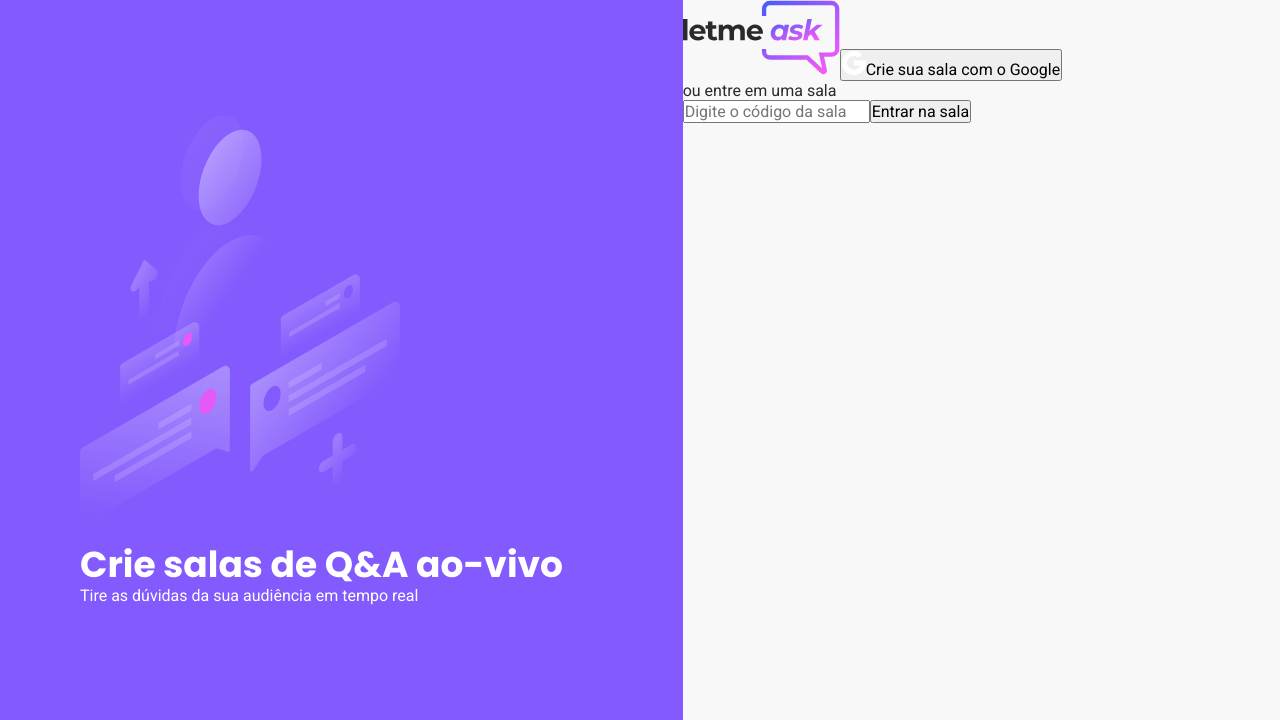
Repository: Daycross/LetMeAsk
Page: /
These files come from the project's save history. The page is drawn as it stood at one moment and after the next save; the edit follows.
The browser window is 1280 px wide. The pictures show the whole page.
The project was rebuilt for these pictures with package versions that can differ from the ones it lists, and the page was loaded fresh each time.

Above is the page before, as saved 2022-02-16 12:56:23.

After the next save:
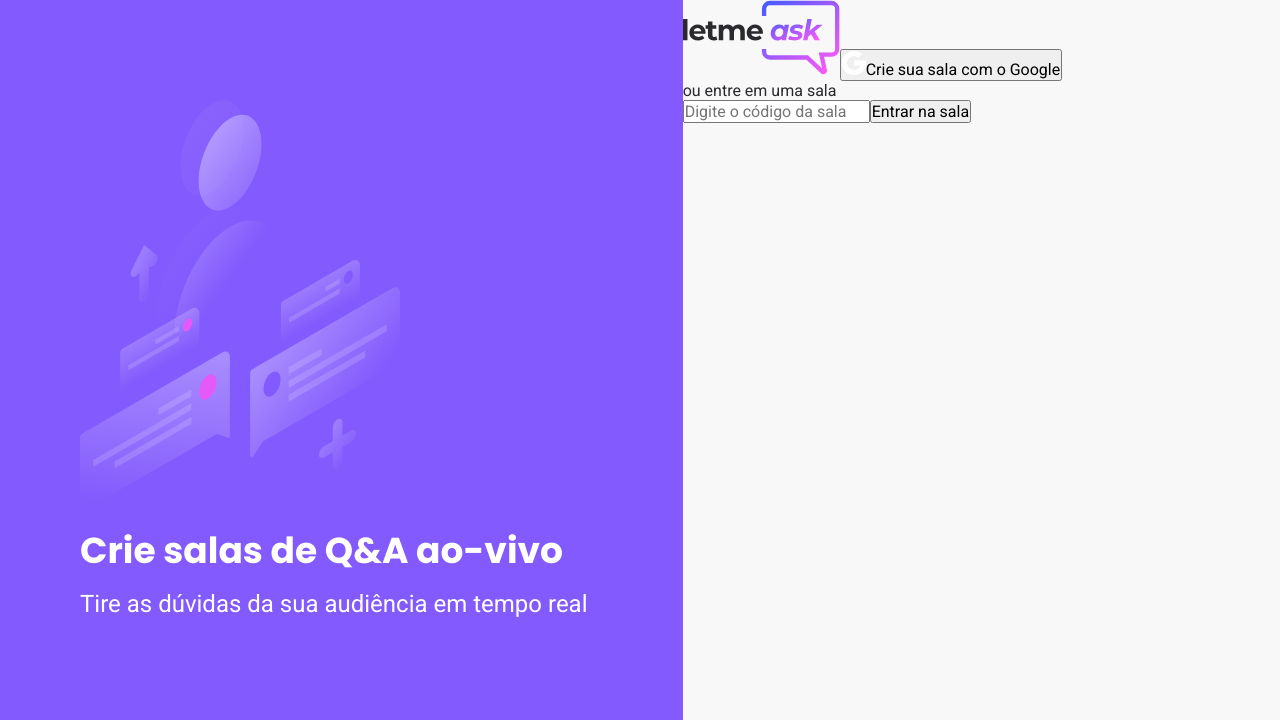
Saved 61 s later.
--- a/src/styles/auth.scss
+++ b/src/styles/auth.scss
@@ -24,6 +24,13 @@
       line-height: 42px;
       margin-top: 16px;
     }
+
+    p{
+      font-size: 24px;
+      line-height: 32px;
+      margin-top: 16px;
+
+    }
   }
 
   main{
